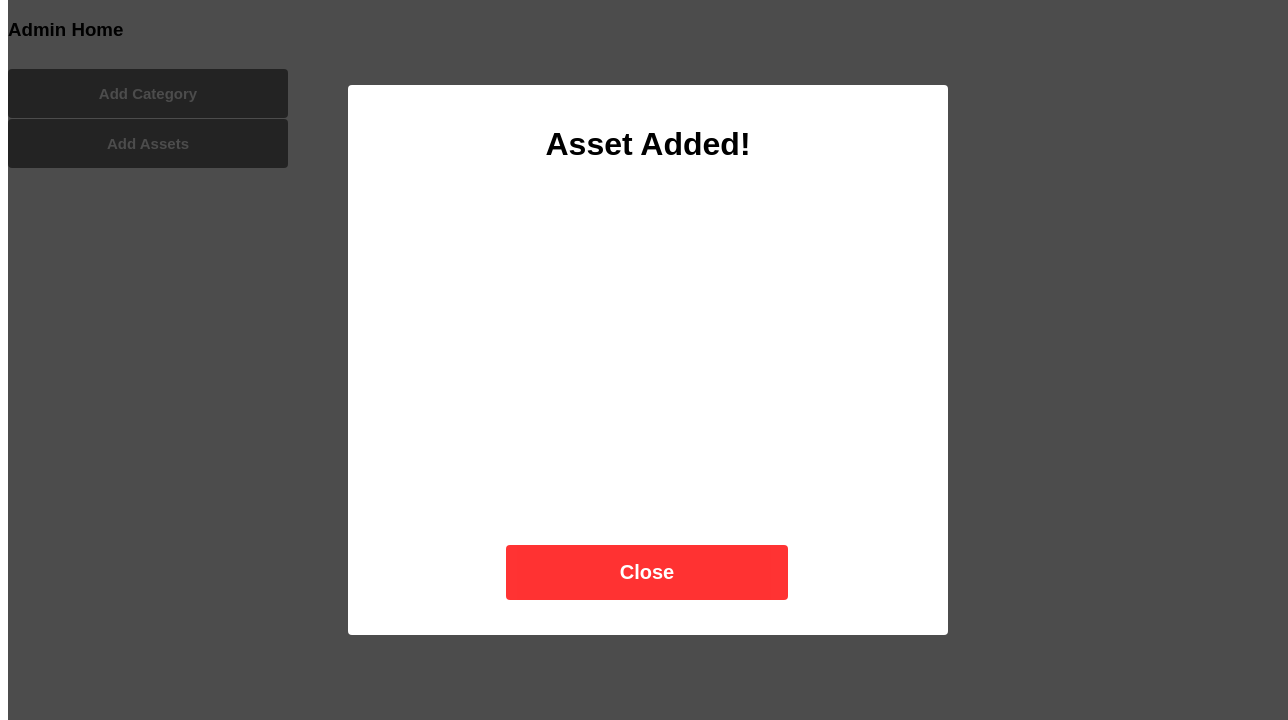
Repository: DhruvKaushal/CodeFury_404Found
Page: http://localhost/e-assets/assetadded.jsp
An editor plug-in stored every save of this project. The page is shown before and after the next save, followed by the edit.
The browser window is 1280 px wide. The page is 1288 px wide, so the pictures cover 1288 px, including what lies to the right of the window. The pictures show the whole page.
The page is served by Tomcat 9.

Above is the page before, as saved 2020-10-05 10:53:04.

After the next save:
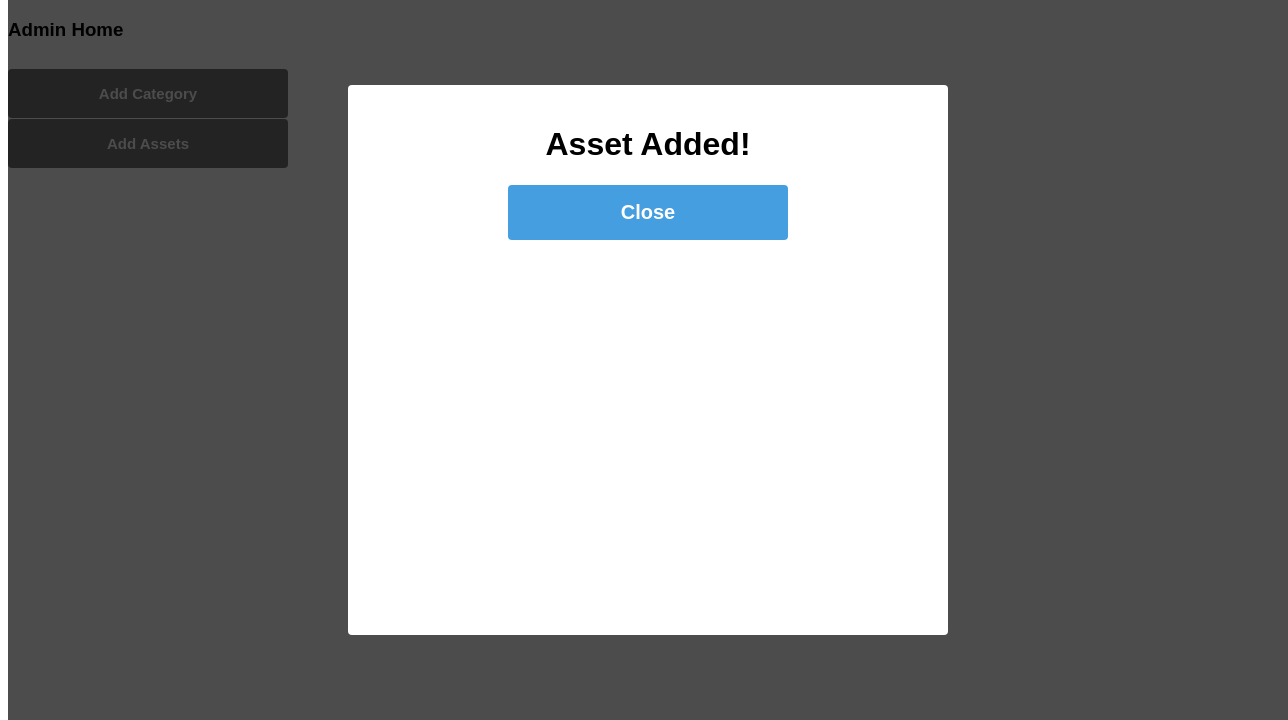
Saved 19 s later.
--- a/Aditya's New/E-Assets-Management/e-assets/WebContent/assetadded.jsp
+++ b/Aditya's New/E-Assets-Management/e-assets/WebContent/assetadded.jsp
@@ -22,7 +22,7 @@
 
 
 
-             <button class="close-button" action="adminhome.jsp"><b>Close</b></button>
+             <button action="adminhome.jsp" class="btn"><b>Close</b></button>
 
 
         </div>

After the save that followed:
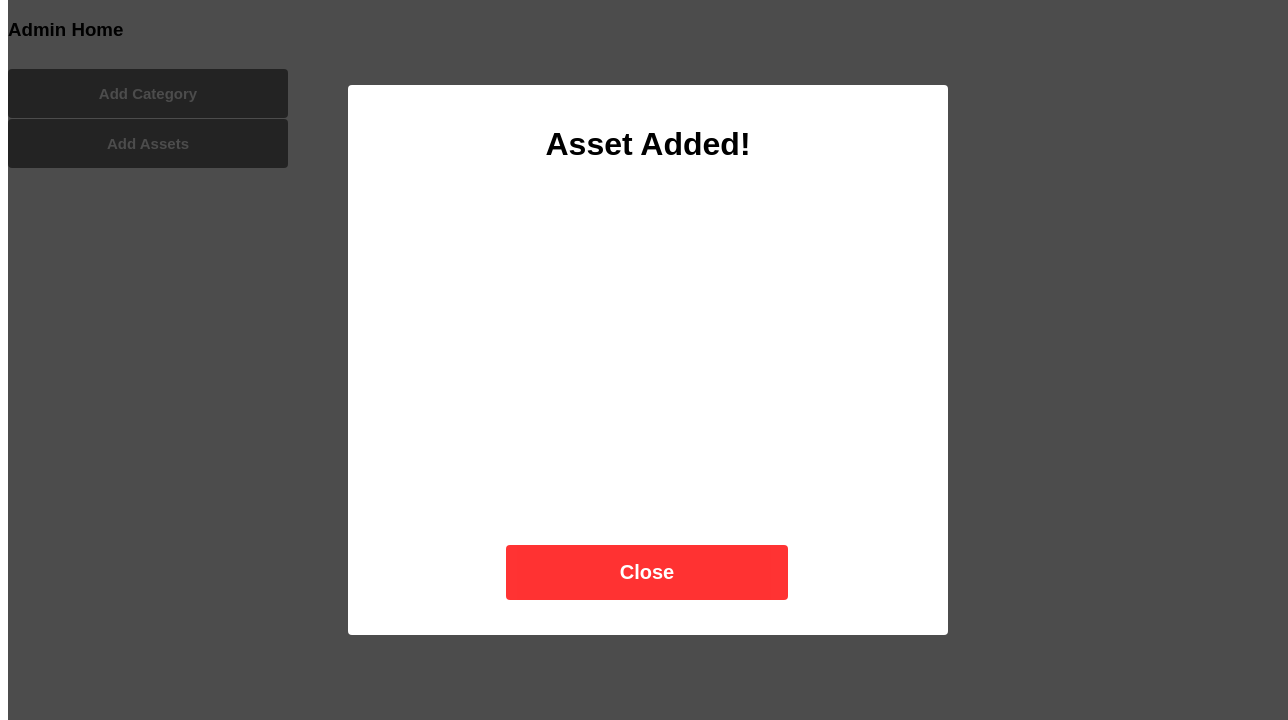
Saved 45 s later.
--- a/Aditya's New/E-Assets-Management/e-assets/WebContent/assetadded.jsp
+++ b/Aditya's New/E-Assets-Management/e-assets/WebContent/assetadded.jsp
@@ -22,7 +22,7 @@
 
 
 
-             <button action="adminhome.jsp" class="btn"><b>Close</b></button>
+             <button class="close-button" action="adminhome.jsp"><b>Close</b></button>
 
 
         </div>
